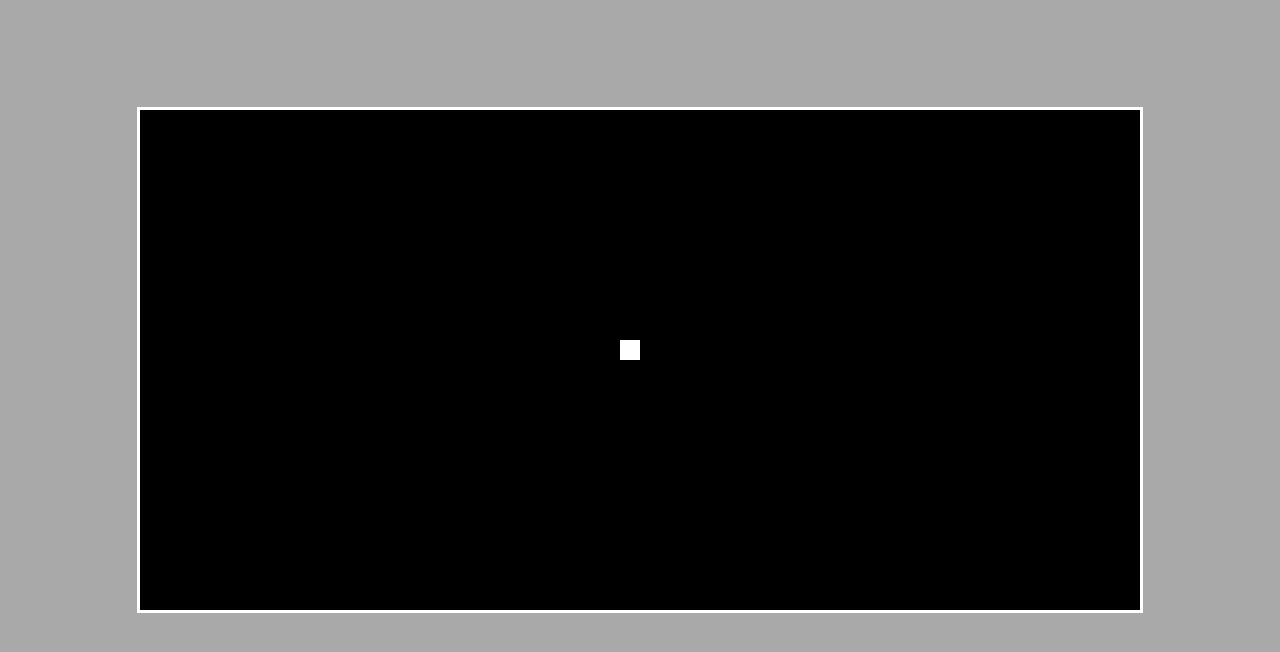
Repository: Dawid-Krasik/Ping-Pong.JS
Page: index.html
An editor plug-in stored every save of this project. The page is shown before and after the next save, followed by the edit.
The browser window is 1280 px wide. The pictures show the whole page.

Above is the page before, as saved 2019-09-22 18:50:15.

After the next save:
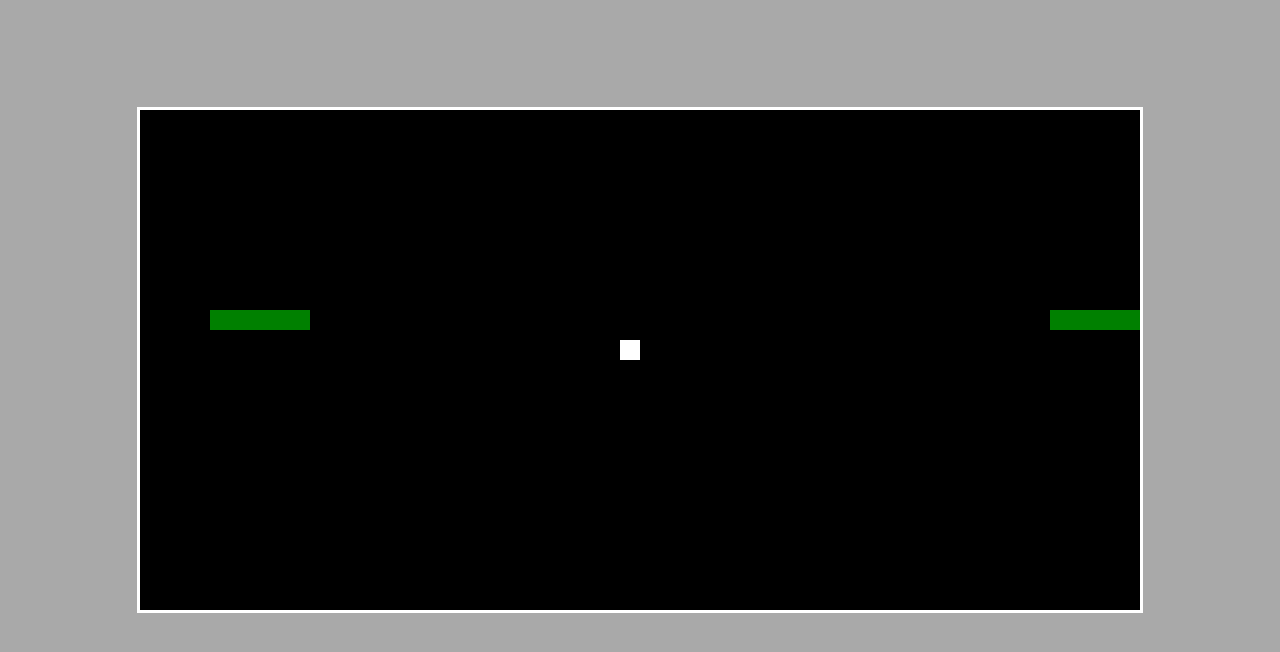
Saved 2 min 12 s later.
--- a/script.js
+++ b/script.js
@@ -20,6 +20,15 @@
 let playery = 200;
 let aiy = 200;
 
+function player() {
+    ctx.fillStyle = 'green';
+    ctx.fillRect(playerX, playery, paddelHeight, paddelWidght);
+}
+
+function ai() {
+    ctx.fillStyle = 'orenge';
+    ctx.fillRect(aix, aiy, paddelHeight, paddelWidght);
+}
 function ball(){
     ctx.fillStyle = 'white';
     ctx.fillRect(ballx, bally , ballSize, ballSize );
@@ -31,3 +40,5 @@
 }
 table()
 ball()
+player()
+ai()
